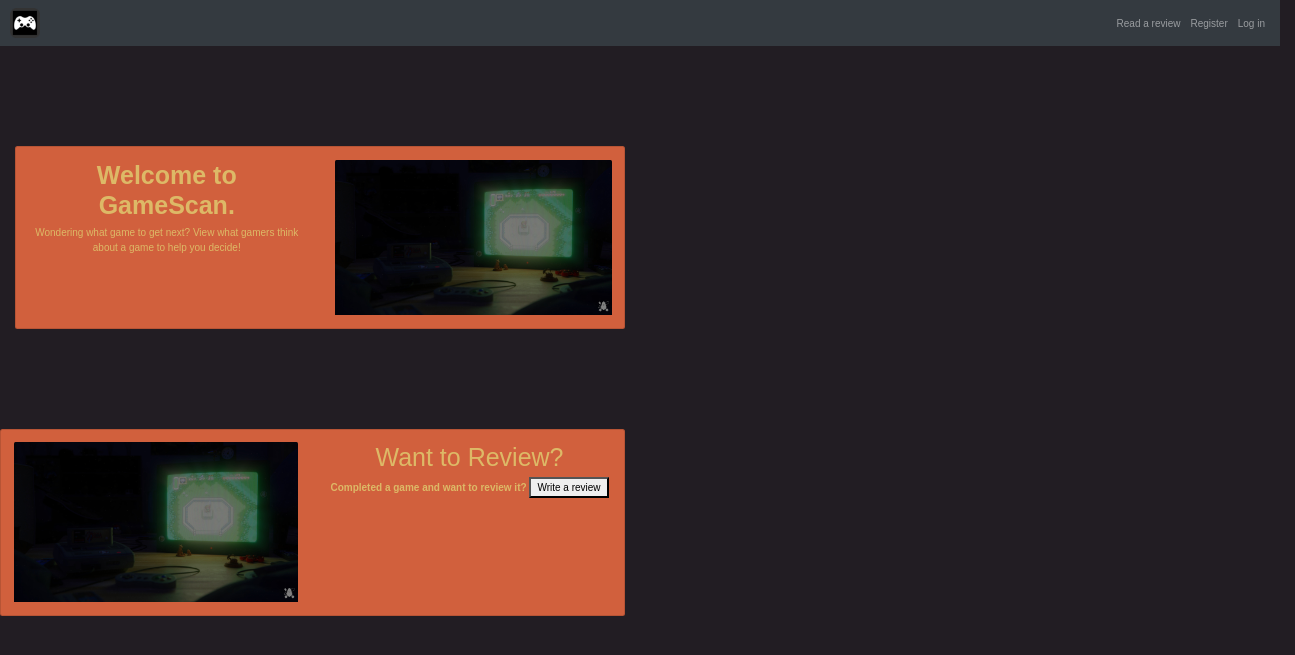
Repository: amit238/milestone-project-3
Page: http://localhost/
The author's editor kept a record of every edit. The page is drawn from the files as they stood at one moment, then again after the next edit.
The browser window is 1280 px wide. The page is 1295 px wide, so the pictures cover 1295 px, including what lies to the right of the window. The pictures show the whole page.
Some web libraries are served in a nearby version. The page is served by the project's application, run on Flask 3 (app.py).

Above is the page before.

After the next edit:
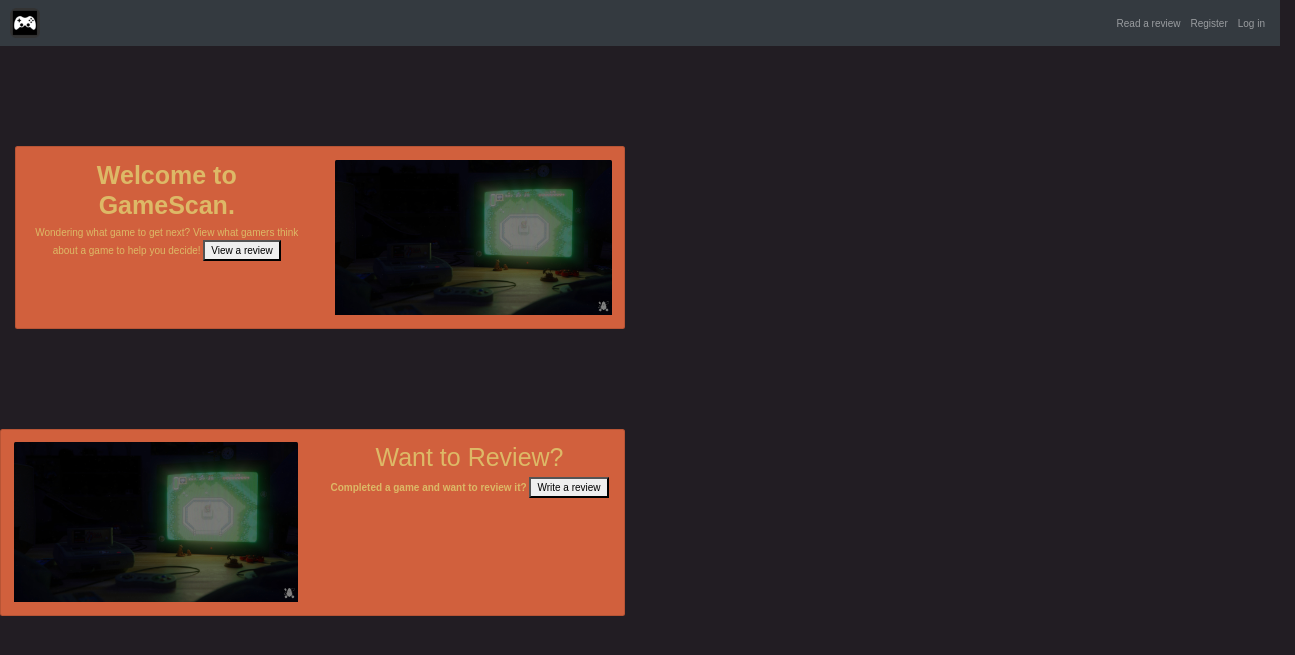
The edit:
--- a/templates/index.html
+++ b/templates/index.html
@@ -8,6 +8,7 @@
                         <div class="col-6">
                             <h1 class="title"><strong>Welcome to GameScan.</strong></h1>
                             <span class="title">Wondering what game to get next? View what gamers think about a game to help you decide!</span>
+                            <button type="button">View a review</button>
                         </div>
                         <div class="col-6 image-right">
                             <img class="card-img-top" src="static/img/night.jpg" alt="Gaming at night">
